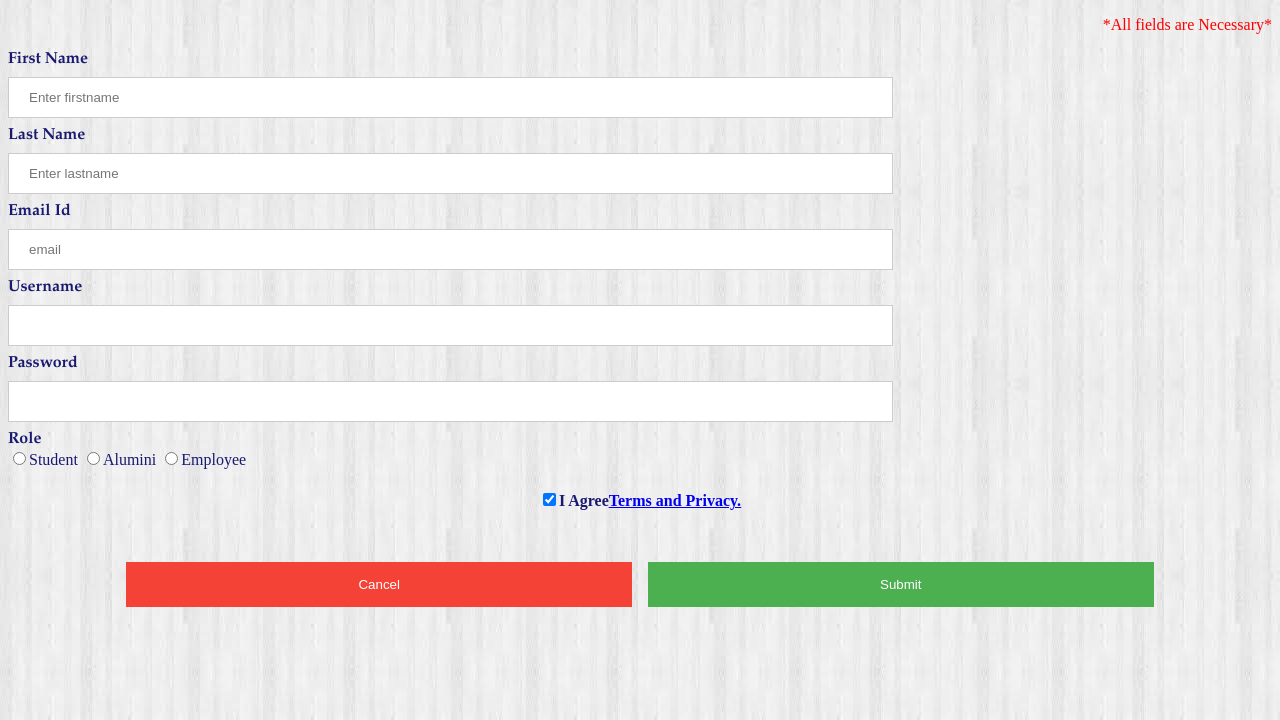
Repository: SwapnilYeldi/Project-2
Page: frontend/WebContent/views/registrationform.html
An editor plug-in stored every save of this project. The page is shown before and after the next save, followed by the edit.
The browser window is 1280 px wide. The pictures show the whole page.

Above is the page before, as saved 2017-07-17 16:17:19.

After the next save:
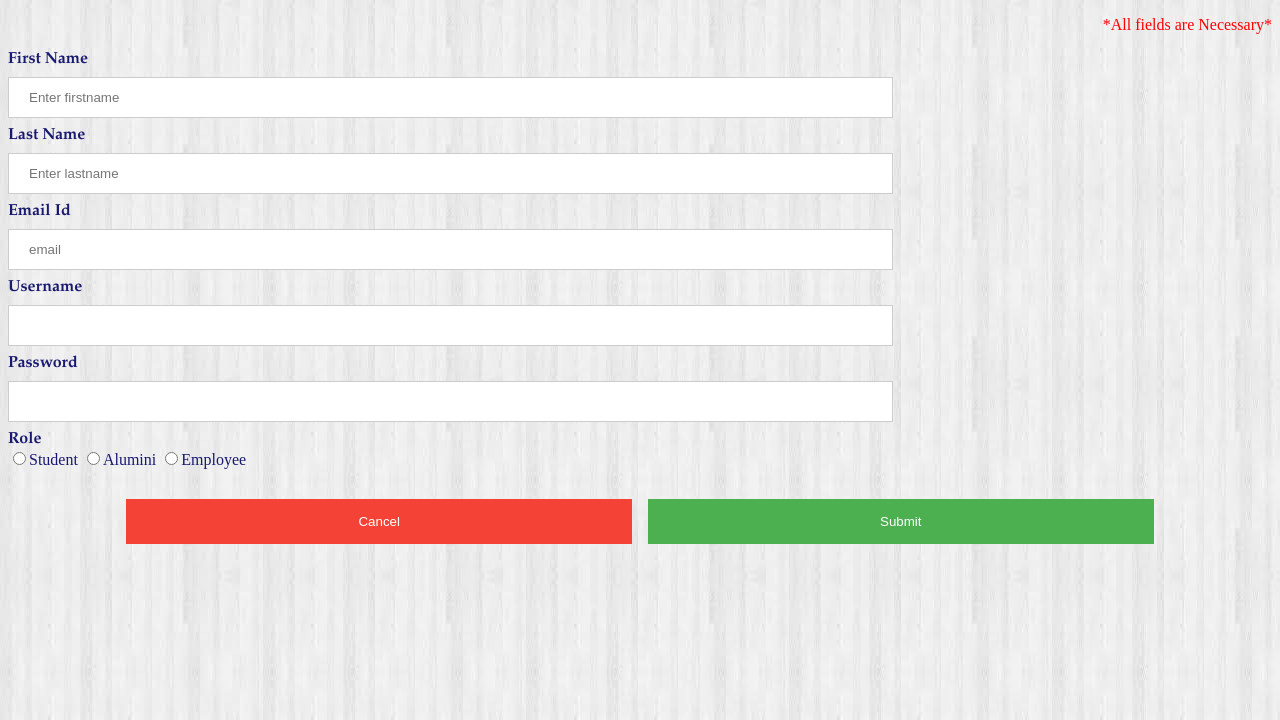
Saved 32 s later.
--- a/frontend/WebContent/views/registrationform.html
+++ b/frontend/WebContent/views/registrationform.html
@@ -99,7 +99,7 @@ function checkPass()
 
 </div>
 <center>
-<h4><input type="checkbox" checked="checked">I Agree<a href="#"><u>Terms and Privacy.</u></a></h3>
+<!-- <h4><input type="checkbox" checked="checked">I Agree<a href="#"><u>Terms and Privacy.</u></a></h3> -->
 <input type="button" class="cancelbtn" value="Cancel">&nbsp;&nbsp;&nbsp;
 <input type="submit" class="signupbtn"  ng-click="register()"><center>
 
